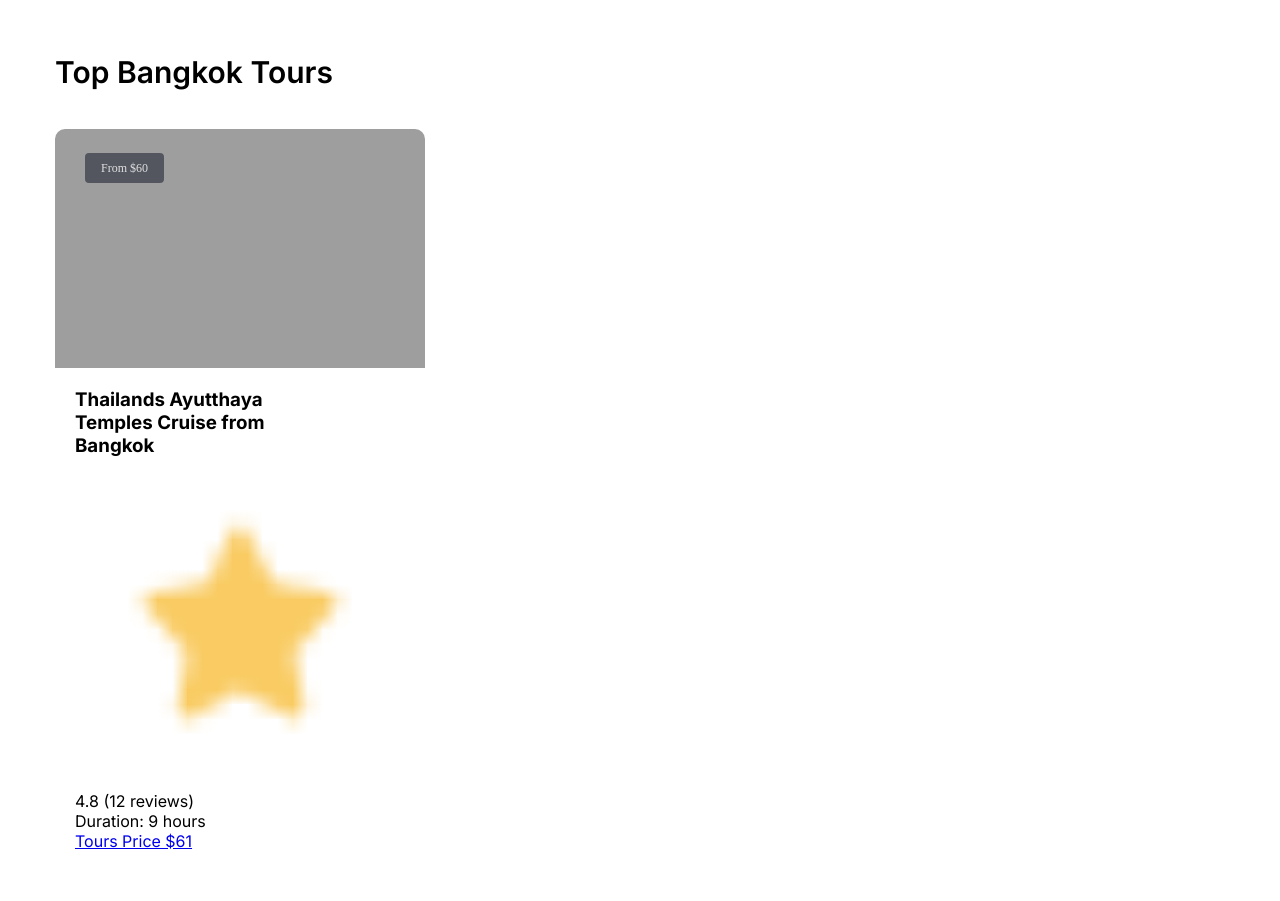
Repository: man0405/practice-web
Page: index.html
The author's editor kept a copy of each file at every save. The page is drawn from the files as they stood at one save, then again after the next save.
The browser window is 1280 px wide. The pictures show the whole page.
Pictures or frames that could not be fetched are drawn as grey boxes. Some web fonts or font styles are not loaded; a fallback is used.

Above is the page before, as saved 2023-03-29 10:31:21.

After the next save:
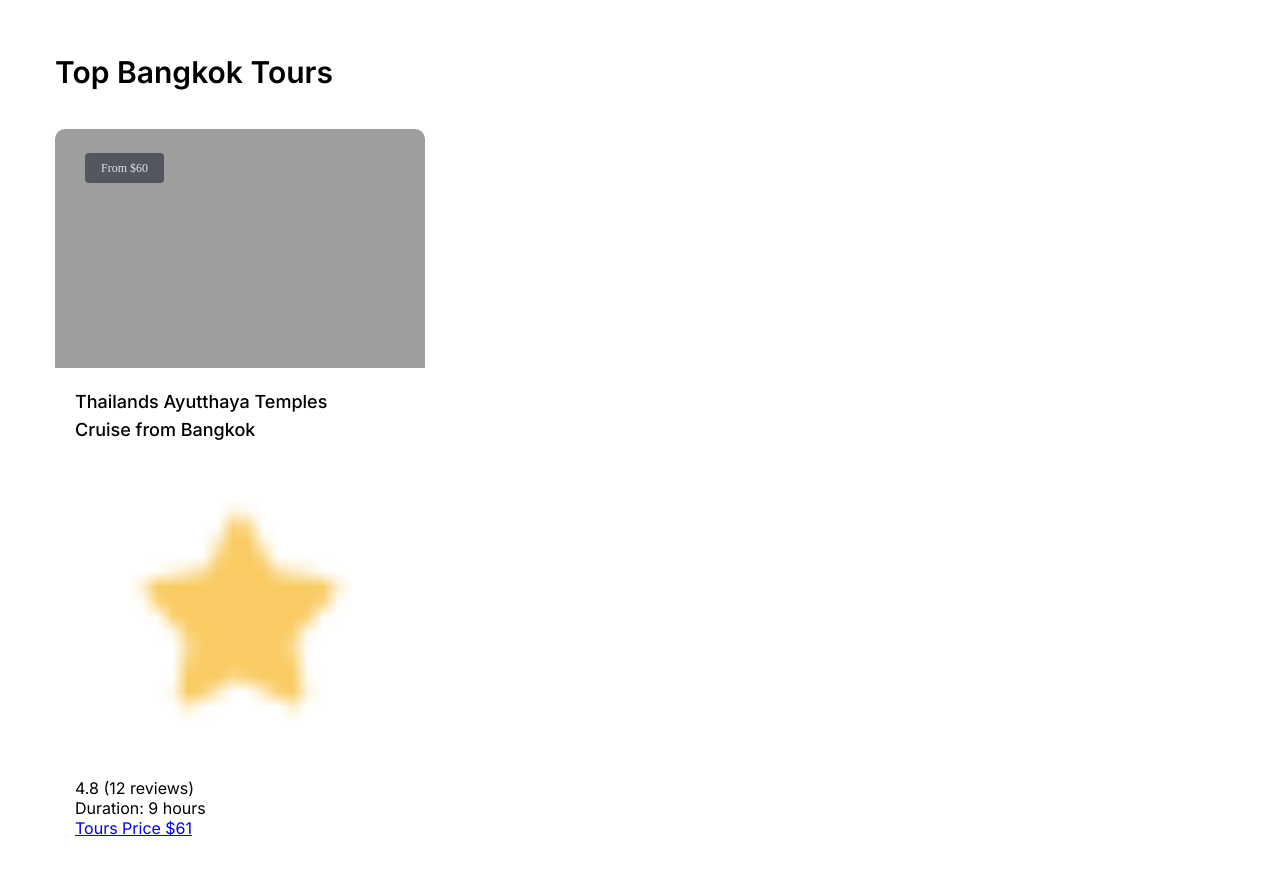
Saved 2 min 56 s later.
--- a/main.css
+++ b/main.css
@@ -74,4 +74,7 @@
 
 .tour-title {
   max-width: 258px;
+  font-size: 18px;
+  font-weight: 500;
+  line-height: 1.5667;
 }

After the save that followed:
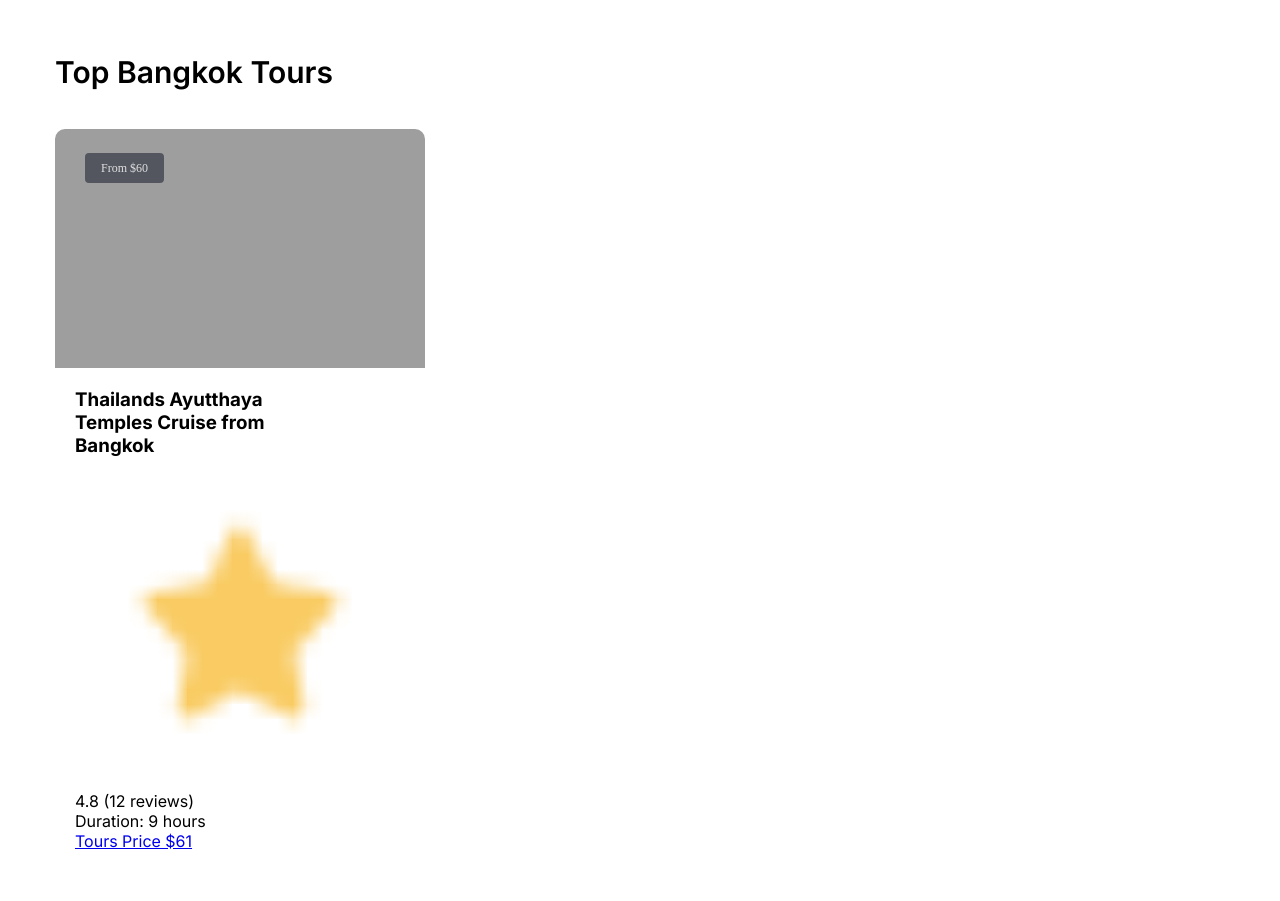
Saved 20 s later.
--- a/main.css
+++ b/main.css
@@ -74,7 +74,7 @@
 
 .tour-title {
   max-width: 258px;
-  font-size: 18px;
+  /* font-size: 18px;
   font-weight: 500;
-  line-height: 1.5667;
+  line-height: 1.5667; */
 }
